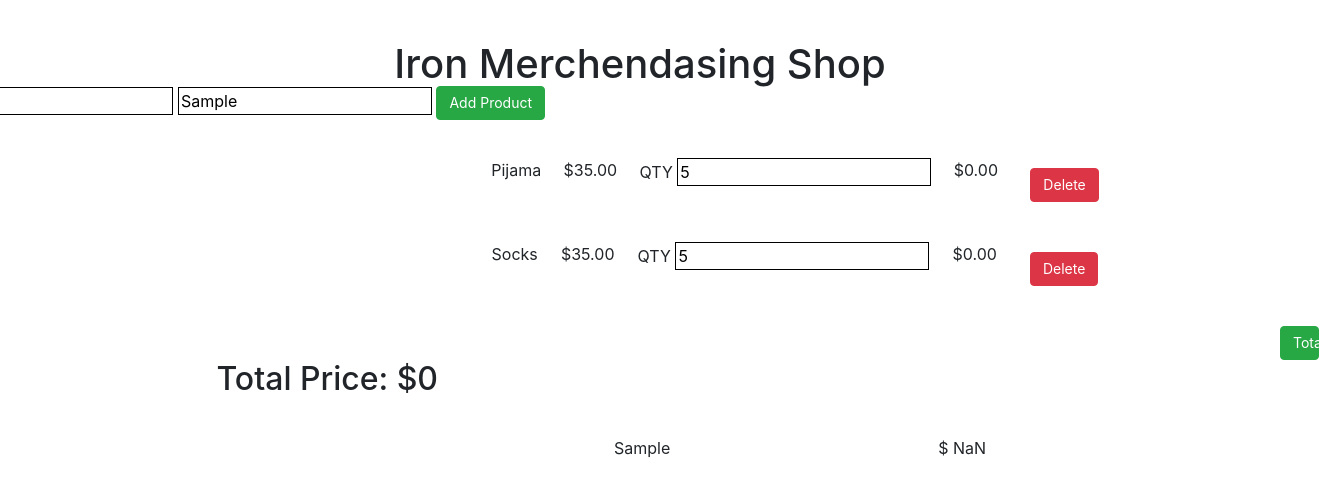
Repository: konstantin0s/lab-cart-DOM
Page: index.html
The author's editor kept a copy of each file at every save. The page is drawn from the files as they stood at one save, then again after the next save.
The browser window is 1280 px wide. The page is 1325 px wide, so the pictures cover 1325 px, including what lies to the right of the window. The pictures show the whole page.
Empty fields were first filled with sample values (such as "Sample", 5 or name@example.com).
After loading, the first visible `#addNewProd` was submitted once.
Some web libraries are served in a nearby version.

Above is the page before, as saved 2019-02-04 10:18:44.
Console error: TypeError: Cannot set properties of null (setting 'onclick')

After the next save:
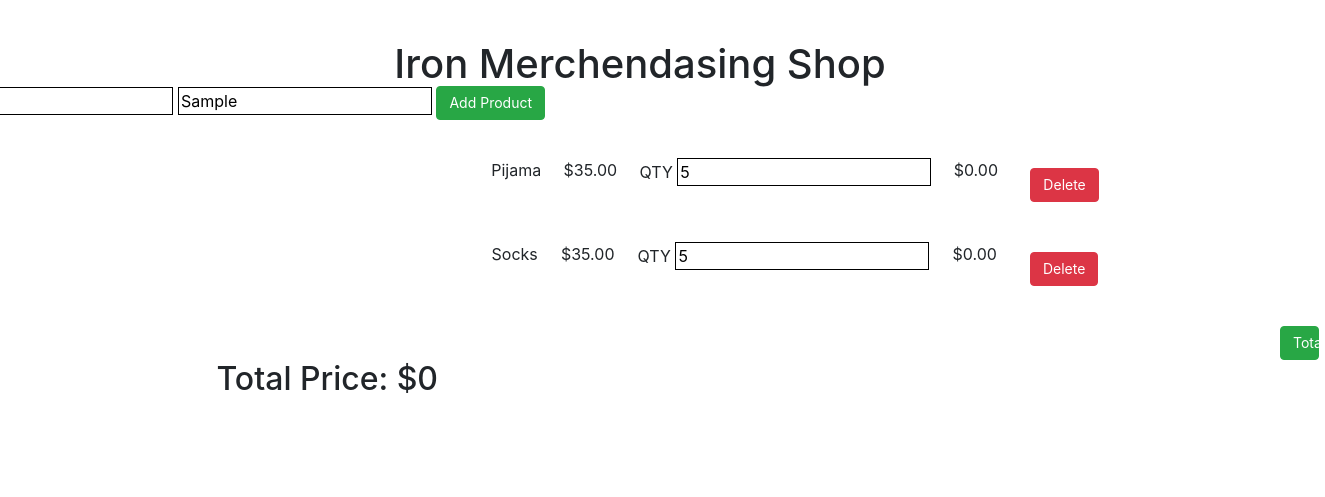
Saved 66 s later.
--- a/js/index.js
+++ b/js/index.js
@@ -123,7 +123,7 @@
 var spanPrice = document.createElement("span");
 //append new product to new span
 spanPrice.appendChild(document.createTextNode("$ " + pars));
-
+spanPrice.toFixed(2);
 div.appendChild(spanPrice);
 
 

After the save that followed:
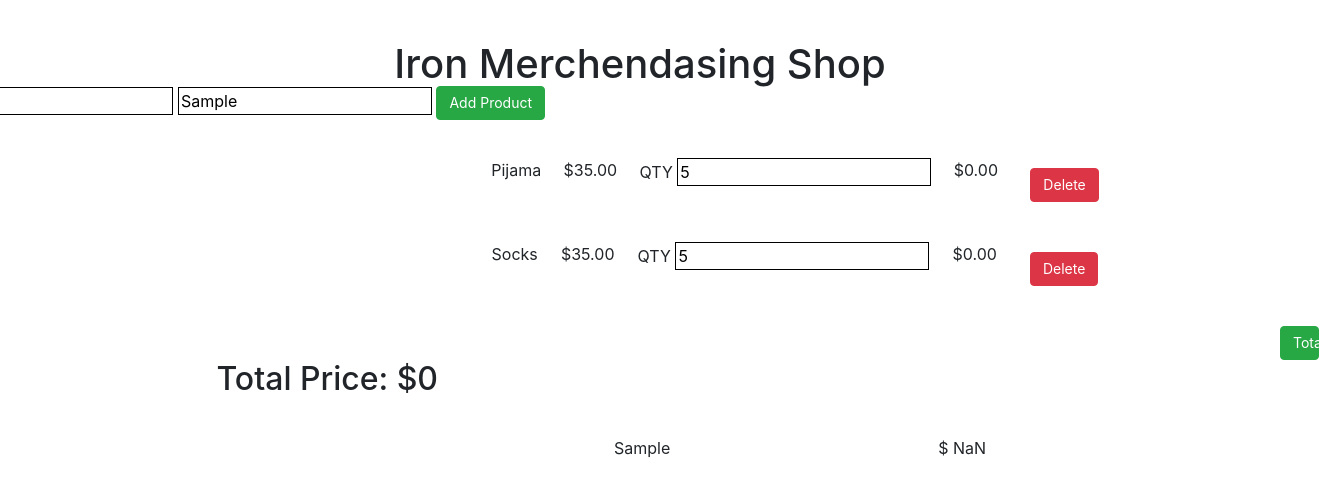
Saved 41 s later.
--- a/js/index.js
+++ b/js/index.js
@@ -105,6 +105,7 @@
   var newProd = document.getElementById("newProd").value;
   var newPri = document.getElementById("newPrice").value;
   var pars = parseFloat(newPri);
+  pars.toFixed(2);
 
   //new div & span product name
   var div = document.createElement("div");
@@ -123,7 +124,6 @@
 var spanPrice = document.createElement("span");
 //append new product to new span
 spanPrice.appendChild(document.createTextNode("$ " + pars));
-spanPrice.toFixed(2);
 div.appendChild(spanPrice);
 
 
